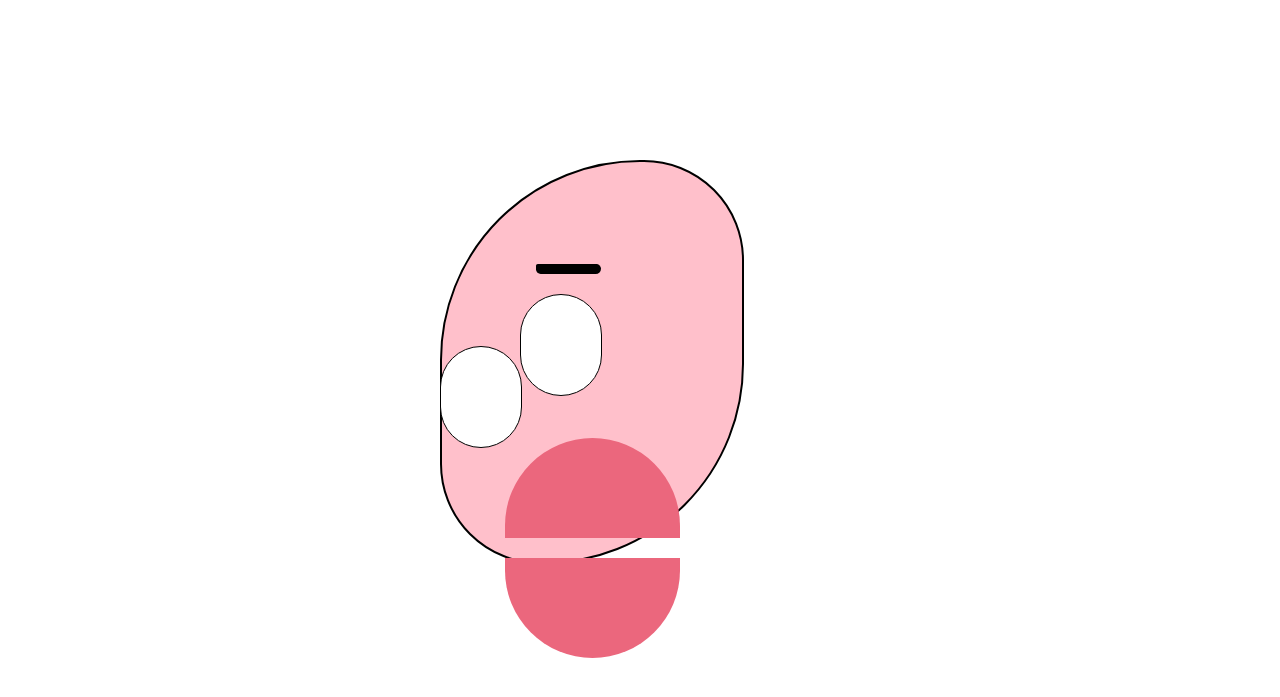
Repository: rodwestmoreland/1150
Page: cssCritter/index.html
The author's editor kept a copy of each file at every save. The page is drawn from the files as they stood at one save, then again after the next save.
The browser window is 1280 px wide. The pictures show the whole page.

Above is the page before, as saved 2021-01-25 20:24:00.

### cssCritter/index.html
<!DOCTYPE html>
<html lang="en">
<head>
    <meta charset="UTF-8">
    <meta name="viewport" content="width=device-width, initial-scale=1.0">
    <link rel="stylesheet" href="style.css">
    <title>Welcome to SD 761</title>
</head>
<body>
    <div class="wrapper">
        <div class="object">  <div class="face"></div>
        <div class="left-eyebrow"></div>
          <div class="left-eye"></div>
          <div class="right-eye"></div>
          <div class="mouth"></div>
      </div>

</body>
</html>

### cssCritter/style.css
.wrapper{
    position: absolute;
     top: 50%;
   margin-top:-200px;
     left: 50%;
   margin: -200px 0 0 -200px;
 }

 .face{
   width: 300px;
   height: 400px;
   border: solid 2px #000;
   background-color: pink;
   border-radius: 200px 100px;
   z-index: -1;
 }


 .left-eye{
   width: 80px;
   height: 100px;
   border: solid 1px #000;
   background-color: #fff;
   border-radius: 90px;
   margin-top: 20px;
   margin-left: 5em;
   z-index: 10;
 }
 .right-eye{
    width: 80px;
    height: 100px;
    border: solid 1px #000;
    background-color: #fff;
    border-radius: 90px;
    margin-top: -50px;


  }

 .left-eyebrow{
   width: 65px;
   height: 10px;
   background-color: #000;
   top: 50%;
   margin-top: -300px;
   margin-left: 6em;
   border-radius: 30px 80px 90px;
   z-index: 1;
 }


  .right-eyebrow{
    width: 65px;
    height: 10px;
    background-color: #000;
    top: 50%;
    margin-top: -300px;
    margin-left: 16em;
    border-radius: 30px 80px 90px;
    z-index: 1;
  }
 .mouth{
    border-top: none;

    border-top: 100px solid rgb(235, 103, 125);
    -webkit-border-radius: 50px;

    border-bottom: 100px solid rgb(235, 103, 125);
    -webkit-border-radius: 100px;
    border-radius: 100px;
    height: 20px;
    width: 175px;
    margin: -10px auto 0;

 }

After the next save:
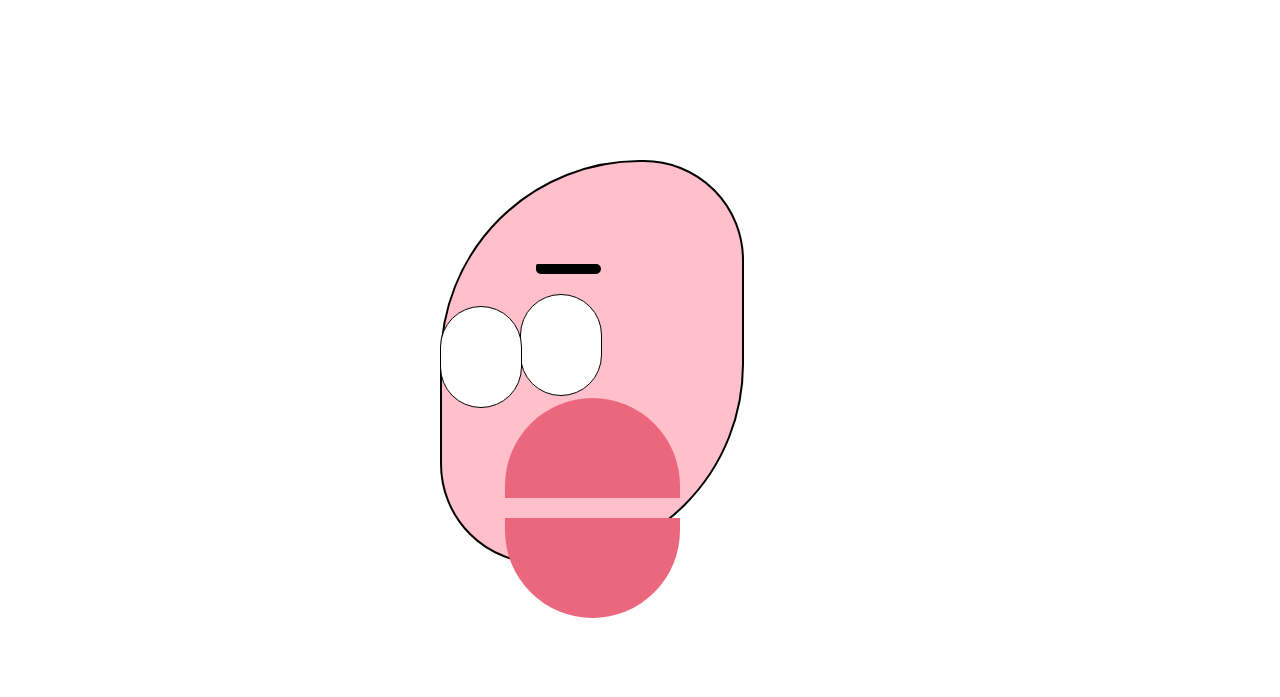
Saved 6 s later.
--- a/cssCritter/style.css
+++ b/cssCritter/style.css
@@ -32,7 +32,7 @@
     border: solid 1px #000;
     background-color: #fff;
     border-radius: 90px;
-    margin-top: -50px;
+    margin-top: -90px;
 
 
   }
